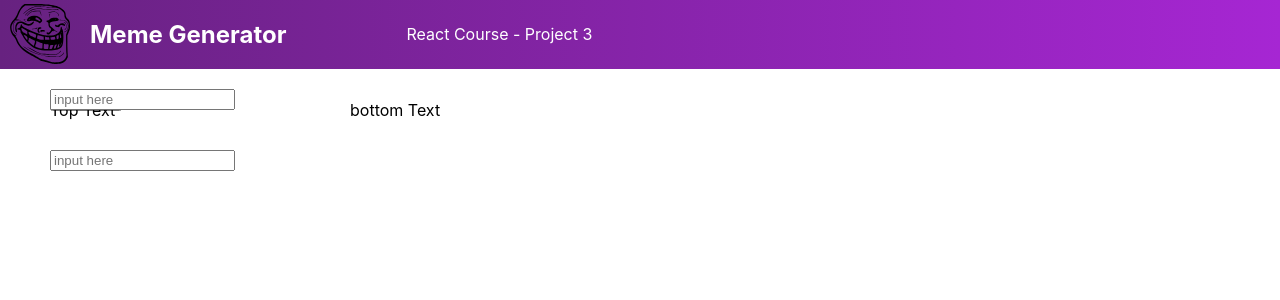
Repository: mortiestmorty1/meme-generator-react
Page: /
These files come from the project's save history. The page is drawn as it stood at one moment and after the next save; the edit follows.
The browser window is 1280 px wide. The pictures show the whole page.
The project was rebuilt for these pictures with package versions that can differ from the ones it lists, and the page was loaded fresh each time.

Above is the page before, as saved 2024-01-17 19:19:49.

After the next save:
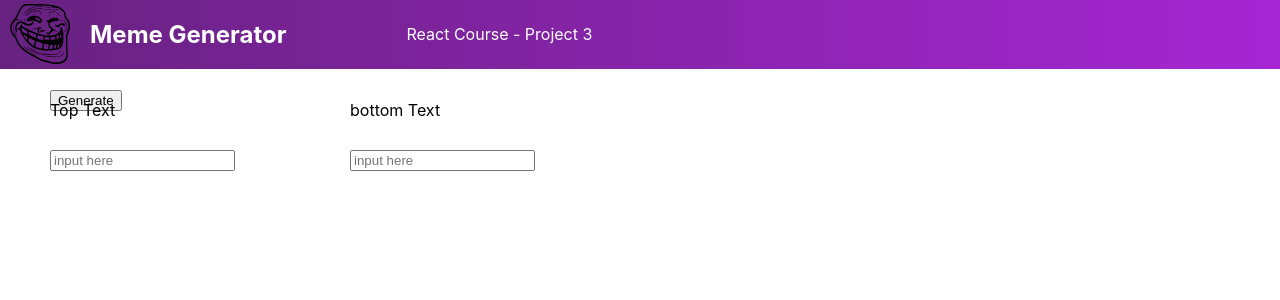
Saved 18 s later.
--- a/src/App.css
+++ b/src/App.css
@@ -42,7 +42,8 @@
   }
   .bottominput{
     position: absolute;
-
+    top: 150px;
+    margin-left: 300px;
   }
   .generate{
 
